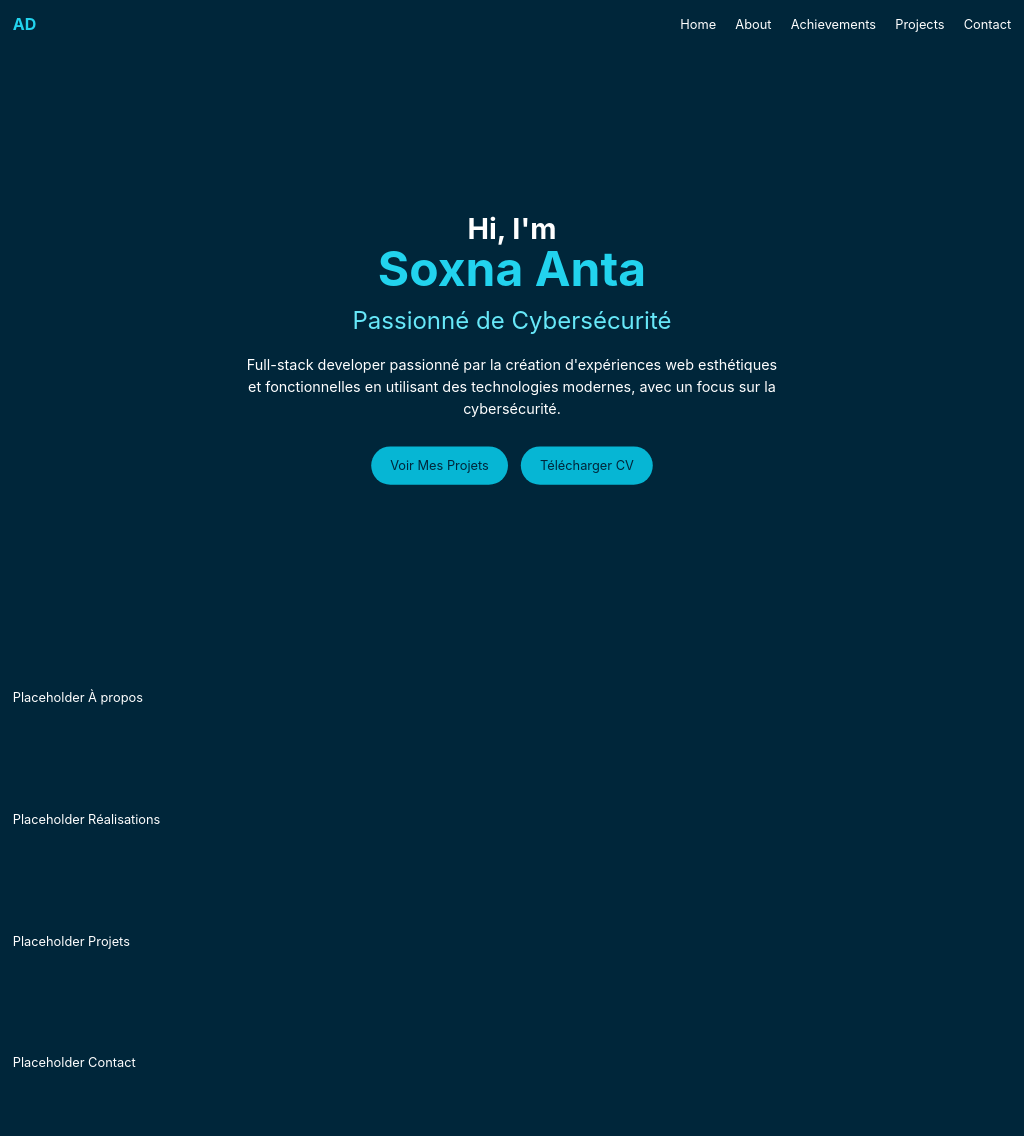
Repository: AntaaaKD/Mon-Portfolio
Page: /
An editor plug-in stored every save of this project. The page is shown before and after a run of saves, followed by the edit.
The browser window is 1280 px wide. The pictures show the whole page, at 80% of full size.
The project was rebuilt for these pictures with package versions that can differ from the ones it lists, and the page was loaded fresh each time.

Above is the page before, as saved 2026-01-14 18:24:24.

After the next 2 saves:
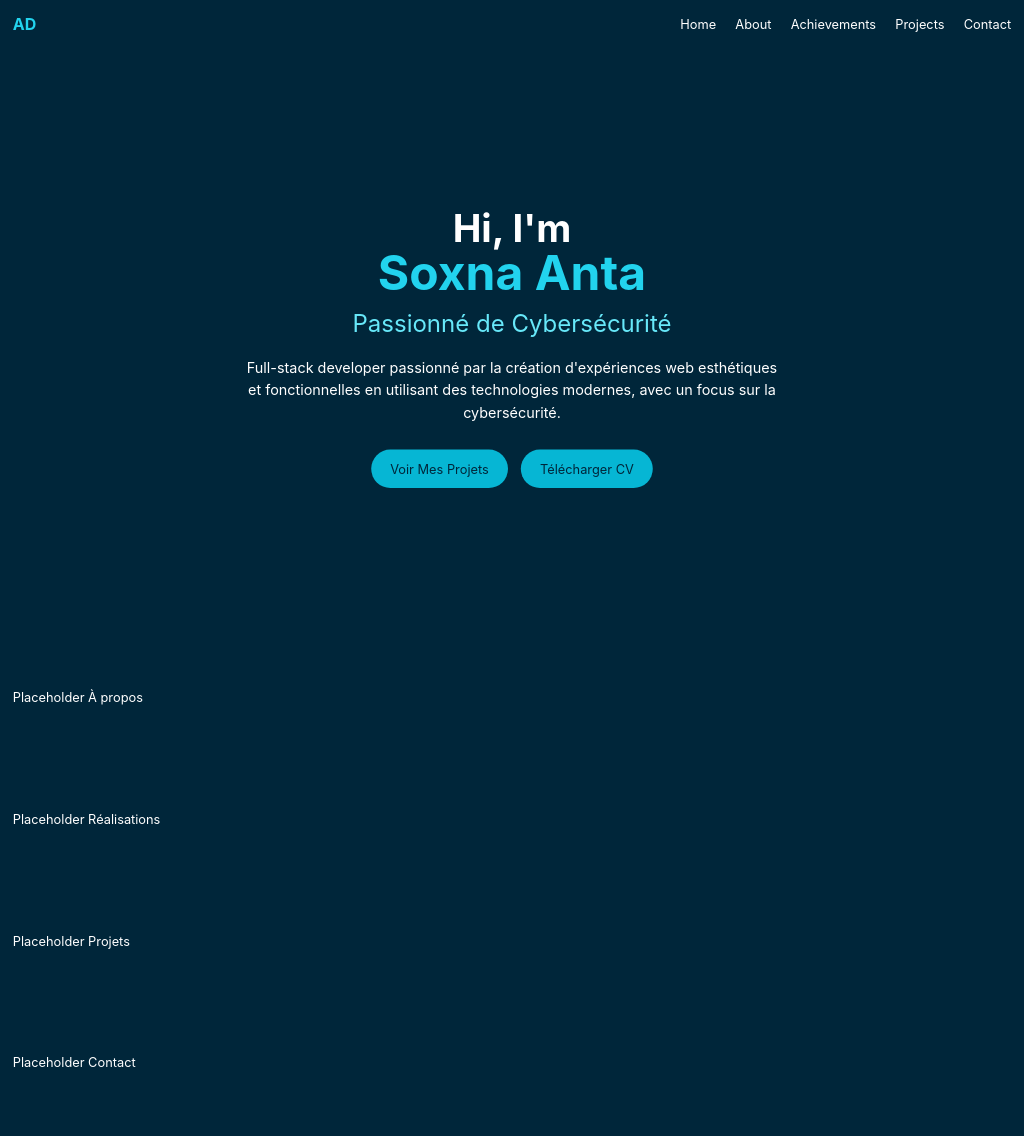
The 2 saves are shown as one change because they came seconds apart.
The last was saved 10 s later.
--- a/src/components/Home.jsx
+++ b/src/components/Home.jsx
@@ -3,7 +3,7 @@
 const Home = () => {
   return (
     <section id="home" className="flex flex-col items-center justify-center h-screen text-center px-4">
-      <h1 className="text-4xl font-bold"> Hi, I'm</h1><h1 className="text-6xl font-bold text-cyan-400 mb-4">Soxna Anta</h1>
+      <h1 className="text-5xl font-bold"> Hi, I'm</h1><h1 className="text-6xl font-bold text-cyan-400 mb-4">Soxna Anta</h1>
       <h2 className="text-3xl text-cyan-300 mb-6">Passionné de Cybersécurité</h2>
       <p className="text-lg mb-8 max-w-2xl">Full-stack developer passionné par la création d'expériences web esthétiques et fonctionnelles en utilisant des technologies modernes, avec un focus sur la cybersécurité.</p>
       <div className="flex space-x-4">

After the 2 saves that followed:
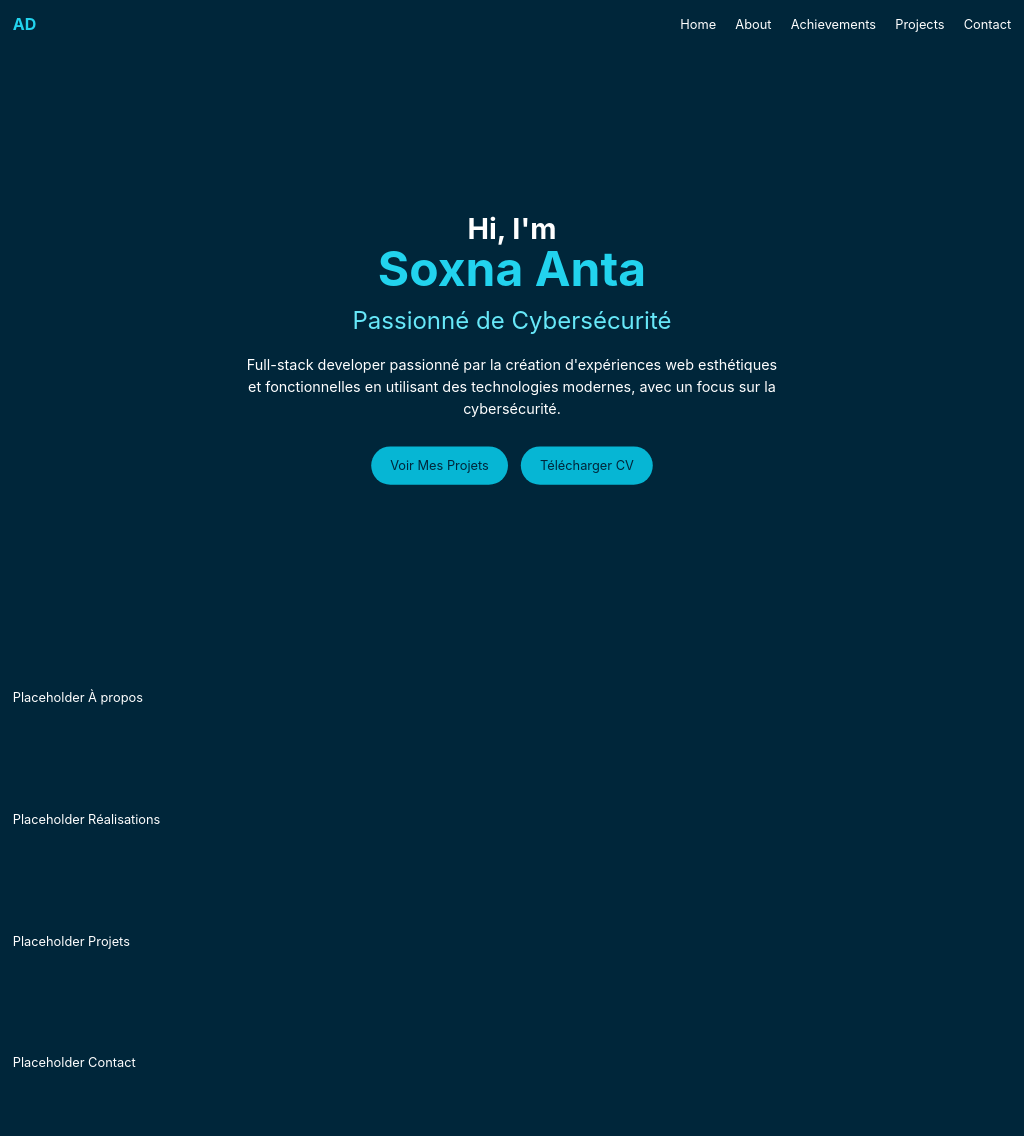
The 2 saves are shown as one change because they came seconds apart.
The last was saved 11 s later.
--- a/src/components/Home.jsx
+++ b/src/components/Home.jsx
@@ -3,7 +3,7 @@
 const Home = () => {
   return (
     <section id="home" className="flex flex-col items-center justify-center h-screen text-center px-4">
-      <h1 className="text-5xl font-bold"> Hi, I'm</h1><h1 className="text-6xl font-bold text-cyan-400 mb-4">Soxna Anta</h1>
+      <h1 className="text-4xl font-bold"> Hi, I'm</h1><h1 className="text-6xl font-bold text-cyan-400 mb-4">Soxna Anta</h1>
       <h2 className="text-3xl text-cyan-300 mb-6">Passionné de Cybersécurité</h2>
       <p className="text-lg mb-8 max-w-2xl">Full-stack developer passionné par la création d'expériences web esthétiques et fonctionnelles en utilisant des technologies modernes, avec un focus sur la cybersécurité.</p>
       <div className="flex space-x-4">
